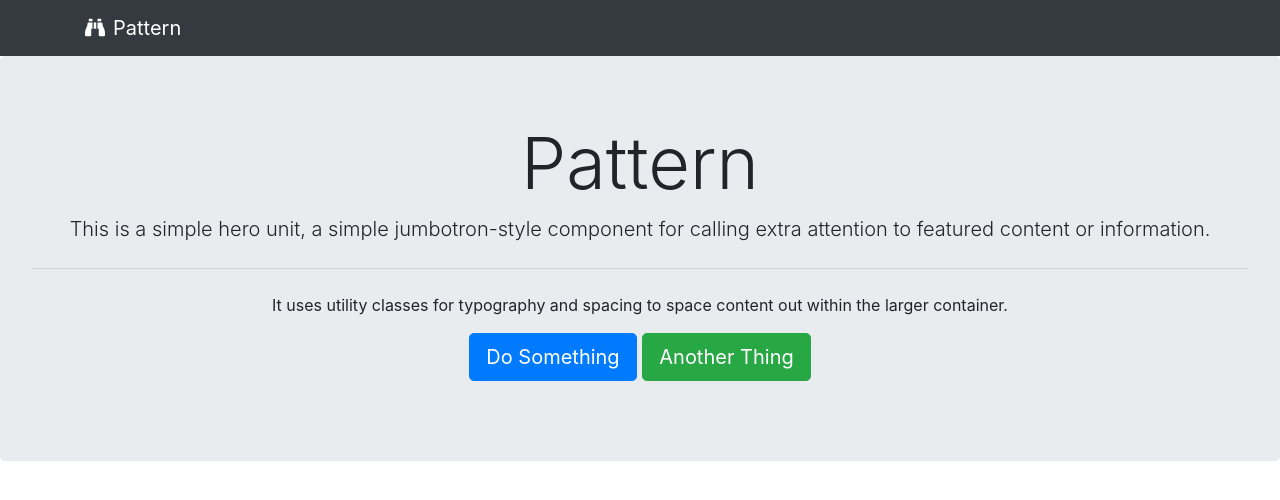
Repository: manojsatya/Web_development
Page: Pattern_project/index.html
The author's editor kept a copy of each file at every save. The page is drawn from the files as they stood at one save, then again after the next save.
The browser window is 1280 px wide. The pictures show the whole page.
Some web libraries are served in a nearby version.

Above is the page before, as saved 2019-05-29 10:48:02.

After the next save:
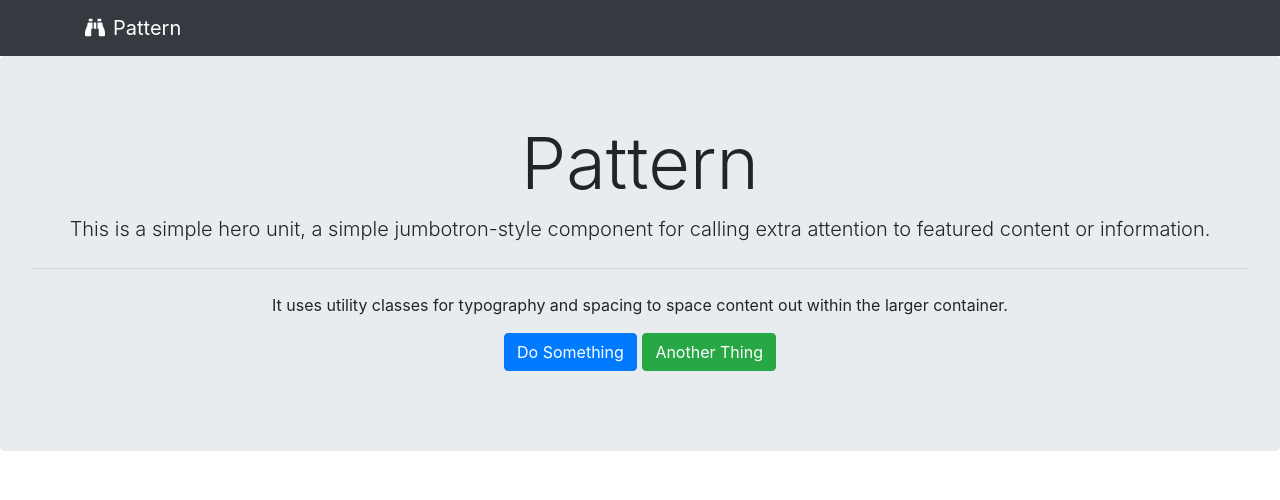
Saved 12 s later.
--- a/Pattern_project/index.html
+++ b/Pattern_project/index.html
@@ -25,8 +25,8 @@
             <hr class="my-4">
             <p>It uses utility classes for typography and spacing to space content out within the larger container.</p>
             <p class="lead">
-              <a class="btn btn-primary btn-lg" href="#" role="button">Do Something</a>
-              <a class="btn btn-success btn-lg" href="#" role="button">Another Thing</a>
+              <a class="btn btn-primary" href="#" role="button">Do Something</a>
+              <a class="btn btn-success" href="#" role="button">Another Thing</a>
             </p>
     </div>
 
